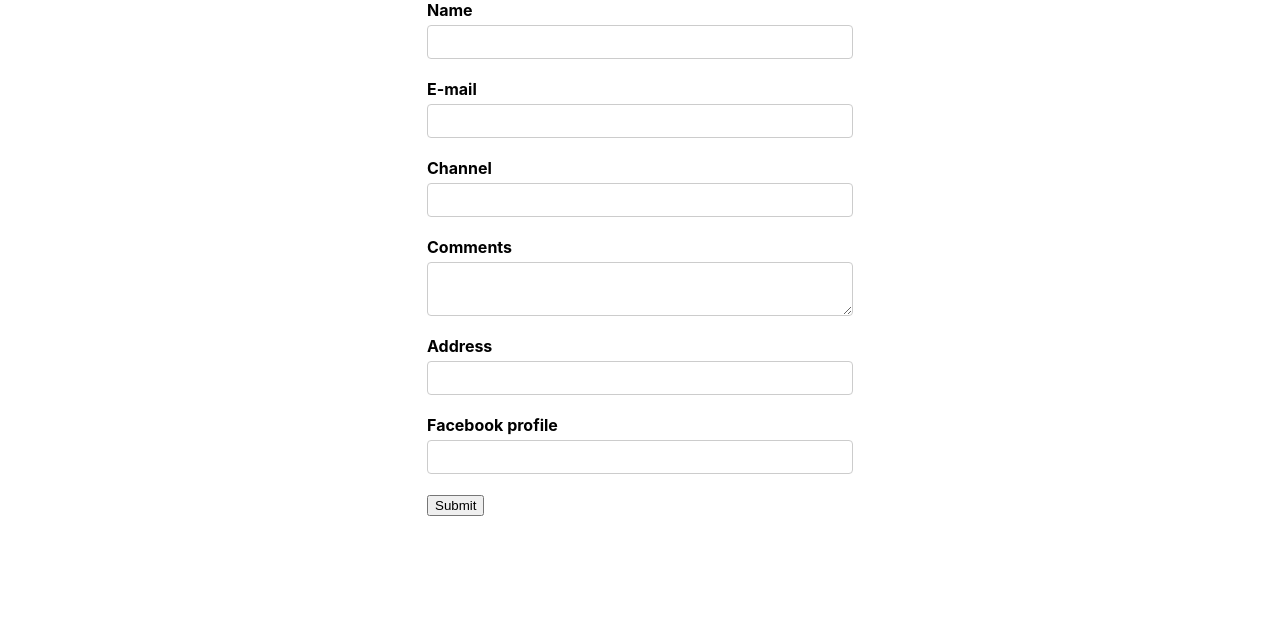
Repository: taivuong95/react-formik
Page: / (app in react-formik-demo/)
The author's editor kept a copy of each file at every save. The page is drawn from the files as they stood at one save, then again after the next save.
The browser window is 1280 px wide. The pictures show the whole page.
The project was rebuilt for these pictures with package versions that can differ from the ones it lists, and the page was loaded fresh each time. Imported but missing from the stored project, and not drawn on this page: react-formik-demo/src/components/TextError.

Above is the page before, as saved 2021-01-18 07:14:24.

### react-formik-demo/src/App.js
import logo from './logo.svg';
import './App.css';
import YoutubeForm from './components/YoutubeForm';

function App() {
  return (
    <div className="App">
      <YoutubeForm/>
    </div>
  );
}

export default App;

### react-formik-demo/src/App.css

.App{
  display:flex;
  justify-content:center;

}

label{
  font-weight: bold;
  display: flex;
  margin-bottom: 5px;
}
input[type="text"],
input[type="email"],
textarea
{
  display:block;
  width: 400px;
  padding:6px 12px;
  font-size: 14px;
  line-height: 1.42857143;
  color:#555;
  background: #fff;
  background-image: none;
  border: 1px solid #ccc;
  border-radius: 4px;
}

.form-control{
  margin-bottom: 20px;
}
.error{
  color:orangered
}

### react-formik-demo/src/components/YoutubeForm.js
import React from "react";
import { Formik, Form, Field, ErrorMessage } from "formik";
import * as Yup from "yup";
import TextError from "./TextError";

const initialValues = {
  name: "",
  email: "",
  channel: "",
  comments: "",
  address: "",
  social: {
    facebook: "",
    twitter: "",
  }
};

const onSubmit = (values) => {
  console.log("Form data", values);
};

const validationSchema = Yup.object({
  name: Yup.string().required("Required"),
  email: Yup.string().email("Invalid email format").required("Required"),
  channel: Yup.string().required("Required"),
});

function YoutubeForm(props) {
  return (
    <Formik
      initialValues={initialValues}
      validationSchema={validationSchema}
      onSubmit={onSubmit}
    >
      <Form>
        <div className='form-control'>
          <label htmlFor='name'>Name</label>
          <Field type='text' id='name' name='name' />
          <ErrorMessage name='name' component={ TextError}/>
        </div>
        <div className='form-control'>
          <label htmlFor='email'>E-mail</label>
          <Field type='email' id='email' name='email' />
          <ErrorMessage name='email'>
            {
              (errorMsg) => <div className='error'>{errorMsg}</div>
            }
          </ErrorMessage>
        </div>
        <div className='form-control'>
          <label htmlFor='channel'>Channel</label>
          <Field type='text' id='channel' name='channel' />
          <ErrorMessage name='channel' />
        </div>

        <div className='form-control'>
          <label htmlFor='comments'>Comments</label>
          <Field as="textarea"  id='comments' name='comments' />
        </div>

        <div className='form-control'>
        <label htmlFor='address'>Address</label>
          <Field name='address' >
            {(props) => {
              const { field, form, meta } = props;
              console.log('Render props', props);
              return (
                <div>
                  <input type='text' id='address' {...field} />
                  {meta.touched && meta.error ? <div>{meta.error }</div>:null}
                </div>
              )
            }}
          </Field>
        </div>

        <div className='form-control'>
          <label htmlFor='facebook'>Facebook profile</label>
          <Field type='text' id='facebook' name='social.facebook'/>
        </div>
        <button type='submit'>Submit</button>
      </Form>
    </Formik>
  );
}

export default YoutubeForm;

Loaded but not shown: react-formik-demo/public/index.html (common file); react-formik-demo/src/index.js (common file); react-formik-demo/src/index.css (common file); react-formik-demo/src/reportWebVitals.js (common file)

After the next save:
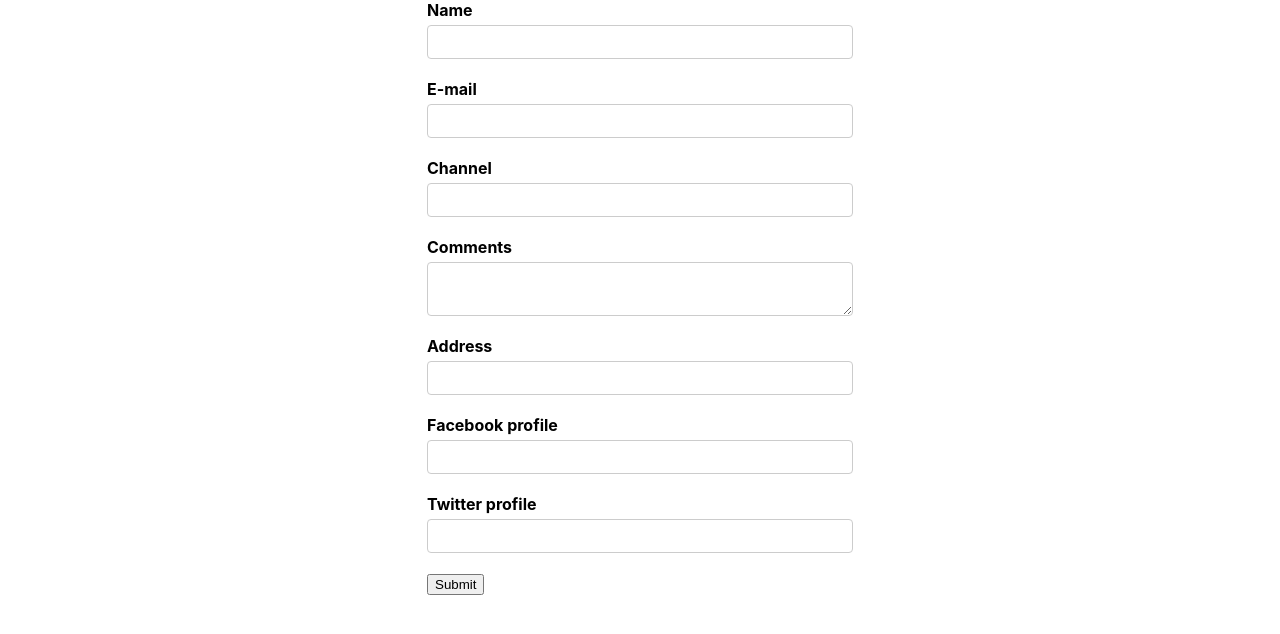
Saved 31 s later.
--- a/react-formik-demo/src/components/YoutubeForm.js
+++ b/react-formik-demo/src/components/YoutubeForm.js
@@ -78,6 +78,12 @@ function YoutubeForm(props) {
           <label htmlFor='facebook'>Facebook profile</label>
           <Field type='text' id='facebook' name='social.facebook'/>
         </div>
+
+        <div className='form-control'>
+          <label htmlFor='twitter'>Twitter profile</label>
+          <Field type='text' id='twitter' name='social.twitter'/>
+        </div>
+
         <button type='submit'>Submit</button>
       </Form>
     </Formik>
